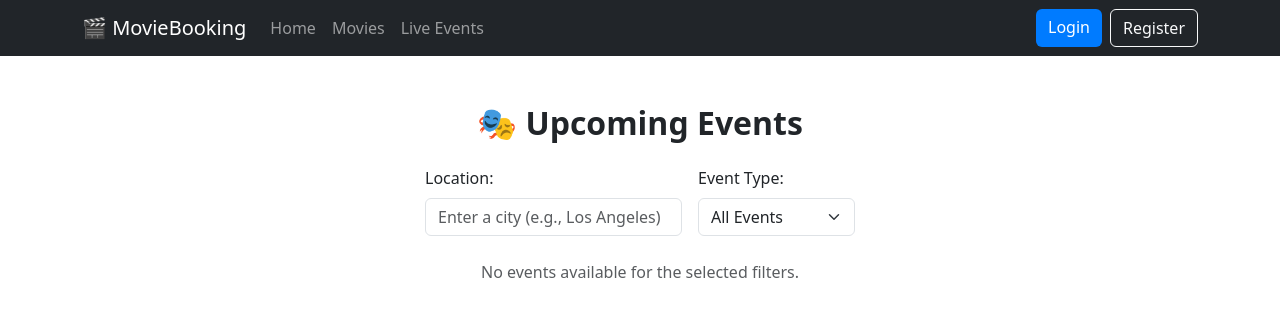
Repository: AshwinUgale/MovieBookingFrontend
Page: /events
These files come from the project's save history. The page is drawn as it stood at one moment and after the next save; the edit follows.
The browser window is 1280 px wide. The pictures show the whole page.
The page's requests for data from a server got no answer. The project was rebuilt for these pictures with package versions that can differ from the ones it lists, and the page was loaded fresh each time. No one was signed in, and anything a server would have sent is missing. Also part of the build but not shown: src/components/HeroSection.js, src/components/TrendingMovies.js, src/components/CallToAction.js, src/components/TrendingEvents.js, src/pages/HomePage.js, src/pages/LoginPage.js, src/pages/RegisterPage.js, src/pages/DashboardPage.js and 10 more.

Above is the page before, as saved 2025-03-01 19:42:43.

After the next save:
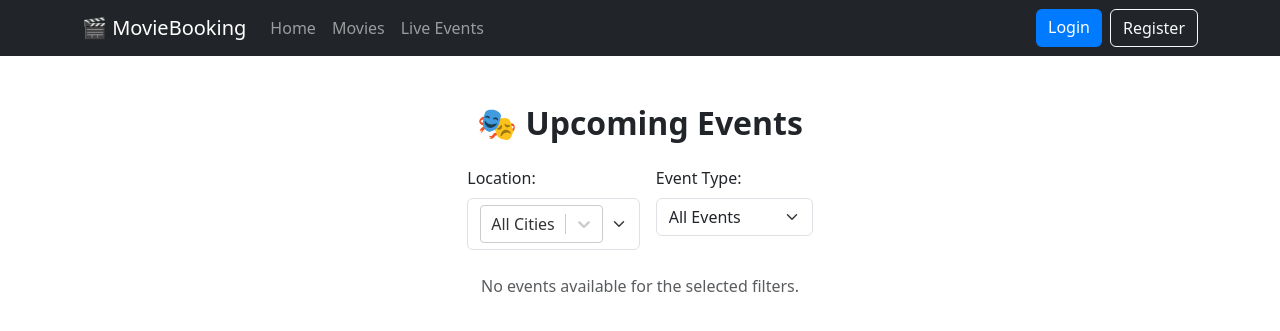
Saved 54 s later.
--- a/src/pages/Events.js
+++ b/src/pages/Events.js
@@ -1,6 +1,7 @@
 import React, { useEffect, useState } from "react";
 import { fetchEvents } from "../services/api";
-
+import Select from "react-select";
+import { cityOptions } from "../data/cities";
 const Events = () => {
   const [eventType, setEventType] = useState(""); // No default category
   const [location, setLocation] = useState(""); // New state for city filter
@@ -49,13 +50,13 @@ const Events = () => {
         {/* Location (City) Filter */}
         <div>
           <label htmlFor="locationSelect" className="form-label">Location:</label>
-          <input
+          <Select
             id="locationSelect"
-            type="text"
-            value={location}
-            onChange={(e) => setLocation(e.target.value)}
-            className="form-control"
-            placeholder="Enter a city (e.g., Los Angeles)"
+            options={cityOptions}
+            value={cityOptions.find(city => city.value === location)}
+            onChange={(selectedOption) => setLocation(selectedOption.value)}
+            className="form-select"
+            isSearchable // Allows searching
           />
         </div>
 
